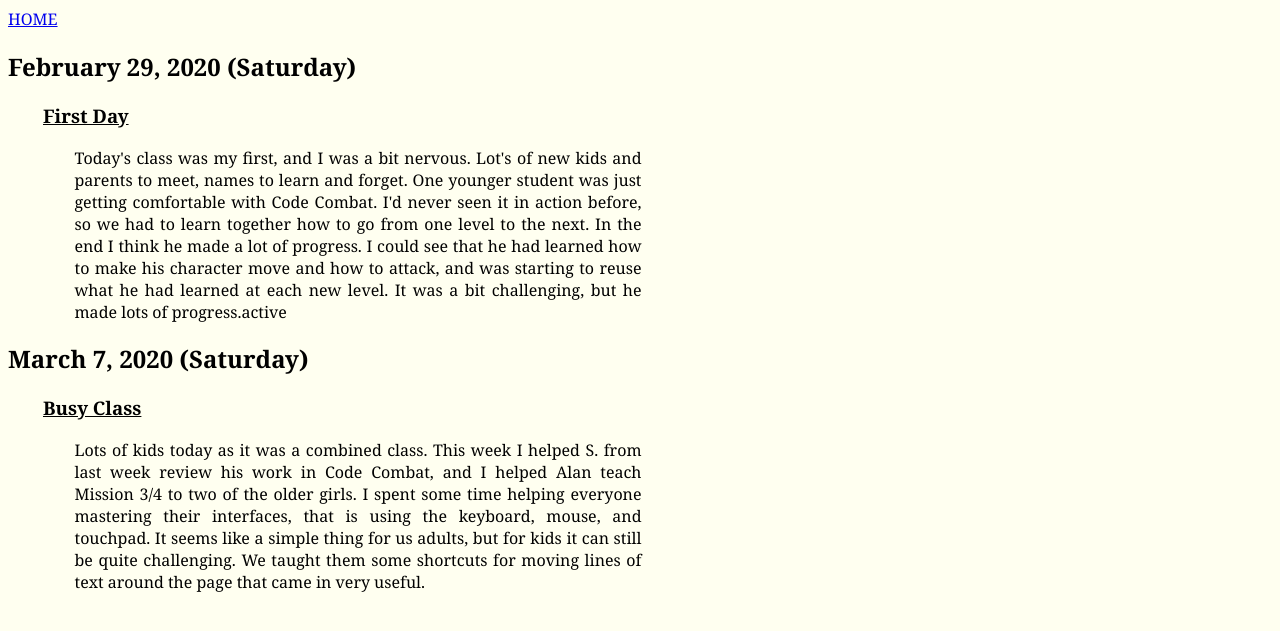
Repository: chocochocosensei/Mission-Exercises
Page: Page1/index.html
An editor plug-in stored every save of this project. The page is shown before and after the next save, followed by the edit.
The browser window is 1280 px wide. The pictures show the whole page.

Above is the page before, as saved 2020-03-11 04:00:28.

### Page1/index.html
<!doctype html>
<html>

<head>
    <meta charset="utf-8">
    <link rel="stylesheet" href="../style.css">
    <title>Mission Exercises March</title>
</head>

<body>
    <section>
        <div class="nav-bar"><a href="../index.html">HOME</a></div>
    </section>

    <section>
        <div class="section-title">
            <h2 id="entry-date-for-2020-02-29">February 29, 2020 (Saturday)</h2>
        </div>
        <div class="section-activity">
            <div class="card">
                <div class="title">
                    <h3 id="entry-title-for-2020-02-29">First Day</h3>
                </div>
                <div class="content">
                    <p>Today's class was my first, and I was a bit nervous. Lot's of new kids and parents to meet, names to learn and forget. One younger student was just getting comfortable with Code Combat. I'd never seen it in action before, so we had
                        to learn together how to go from one level to the next. In the end I think he made a lot of progress. I could see that he had learned how to make his character move and how to attack, and was starting to reuse what he had learned
                        at each new level. It was a bit challenging, but he made lots of progress.active</p>
                </div>
            </div>

            <div class="card class-hours hidden">
                <div class="title">
                    <h3 id="hours-for-2020-02-29">Hours for February 29, 2020</h3>
                </div>
                <div class="content">
                    <p>Class: 10:30-12:30</p>
                    <p>Hours: 2</p>
                </div>

            </div>
        </div>
    </section>

    <section>
        <div class="section-title">
            <h2 id="entry-date-for-2020-03-07">March 7, 2020 (Saturday)</h2>
        </div>
        <div class="section-activity">
            <div class="card">
                <div class="title">
                    <h3 id="entry-title-for-2020-03-07">Busy Class</h3>
                </div>
                <div class="content">
                    <p>Lots of kids today as it was a combined class. This week I helped S. from last week review his work in Code Combat, and I helped Alan teach Mission 3/4 to two of the older girls. I spent some time helping everyone mastering their interfaces,
                        that is using the keyboard, mouse, and touchpad. It seems like a simple thing for us adults, but for kids it can still be quite challenging. We taught them some shortcuts for moving lines of text around the page that came in very
                        useful.
                    </p>
                </div>
            </div>

            <div class="card class-hours hidden">
                <div class="title">
                    <h3 id="hours-for-2020-02-29">Hours for March 7, 2020</h3>
                </div>
                <div class="content">
                    <p>Class: 10:30-12:30</p>
                    <p>Hours: 2</p>
                </div>

            </div>
        </div>
    </section>
</body>

### style.css
body {
    background-color: ivory;
    font-family: Cambria, Cochin, Georgia, Times, 'Times New Roman', serif;
    max-width: 700px;
}

*.hidden {
    display: none;
}

.section-title h3 {
    font-size: smaller;
    text-align: right;
}

.section-activity {
    margin: 0 5%;
}

.section-activity .content p {
    margin: 0 5%;
    text-align: justify;
}

.title {
    font-weight: bold;
    text-decoration: underline;
}

After the next save:
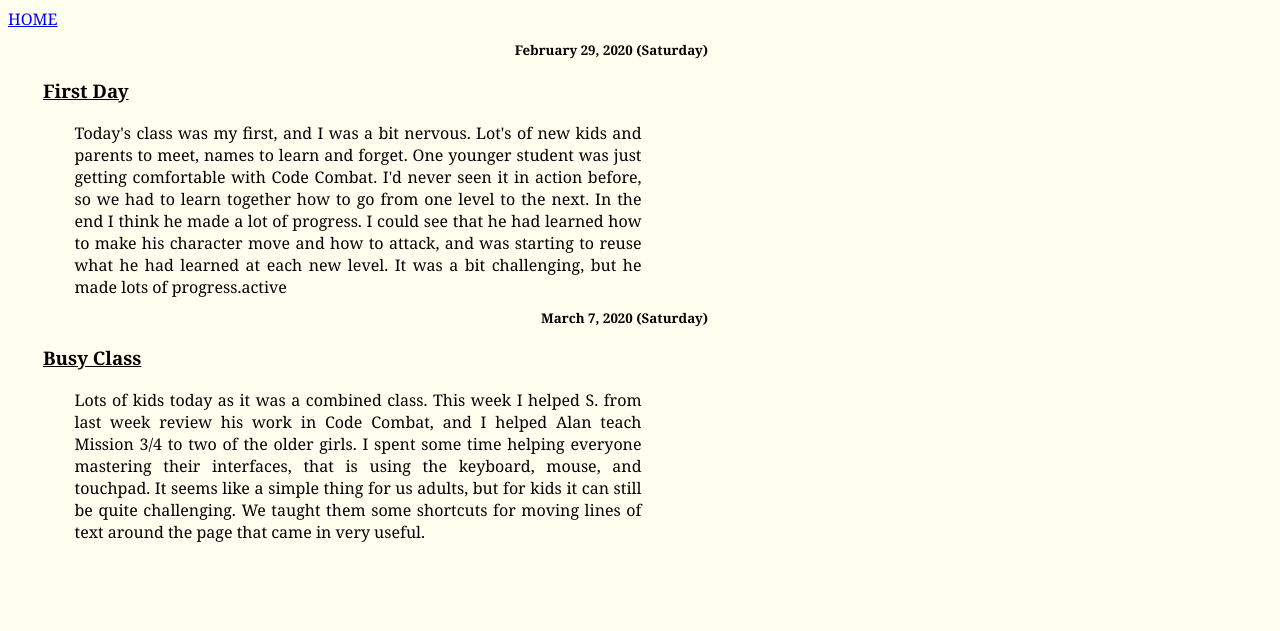
Saved 13 s later.
--- a/style.css
+++ b/style.css
@@ -8,7 +8,7 @@ body {
     display: none;
 }
 
-.section-title h3 {
+.section-title h2 {
     font-size: smaller;
     text-align: right;
 }
